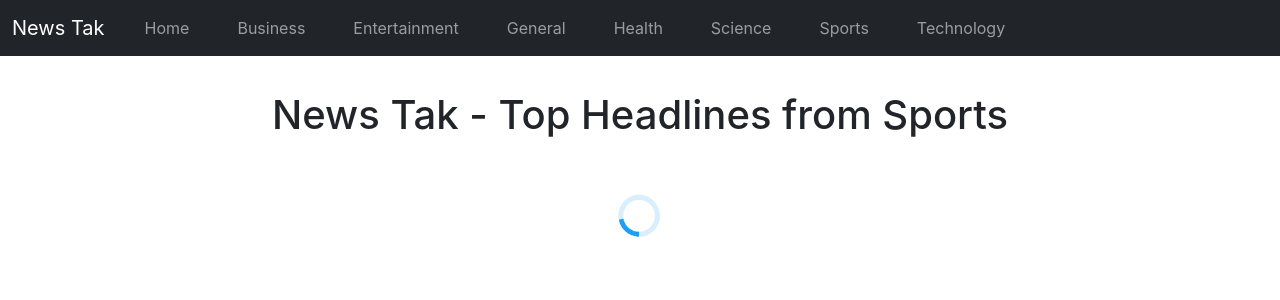
Repository: Rohit-foryou/News-website
Page: /sports
An editor plug-in stored every save of this project. The page is shown before and after the next save, followed by the edit.
The browser window is 1280 px wide. The pictures show the whole page.
The page's requests for data from a server got no answer. The project was rebuilt for these pictures with package versions that can differ from the ones it lists, and the page was loaded fresh each time. No one was signed in, and anything a server would have sent is missing. Also part of the build but not shown: src/Components/NewsItem.js.

Above is the page before, as saved 2024-01-12 10:41:18.

After the next save:
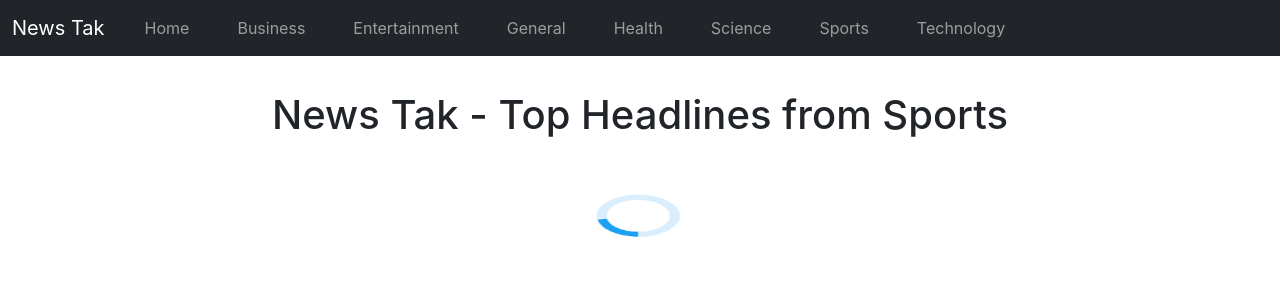
Saved 13 s later.
--- a/src/Components/Spinner.js
+++ b/src/Components/Spinner.js
@@ -5,7 +5,7 @@ import giphy from './giphy.gif'
 const Spinner = () => {
   return (
     <div className='text-center my-3'>
-      <img src={giphy} alt="loading" style={{ width: '50px', height: '50px' }} />
+      <img src={giphy} alt="loading" style={{ width: '100px', height: '50px' }} />
     </div>
   );
 }
